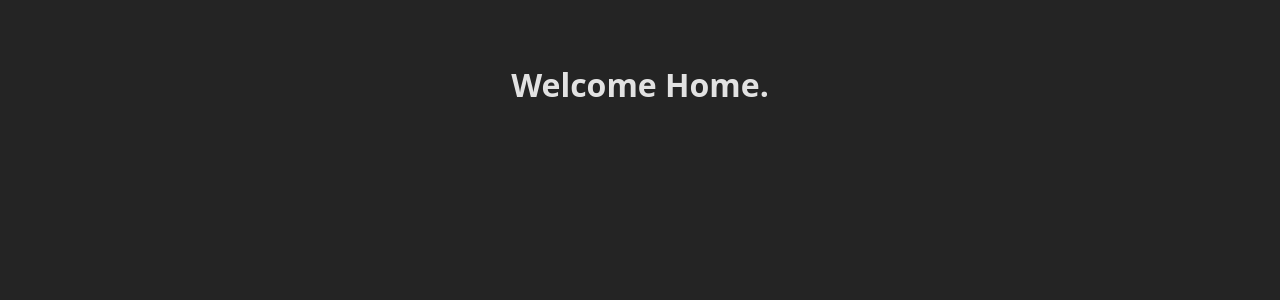
Repository: VladimirGagarin/Poeticum
Page: /
An editor plug-in stored every save of this project. The page is shown before and after the next save, followed by the edit.
The browser window is 1280 px wide. The pictures show the whole page.
The project was rebuilt for these pictures with package versions that can differ from the ones it lists, and the page was loaded fresh each time. Also part of the build but not shown: vite.config.js, src/components/PoemScreen.jsx.

Above is the page before, as saved 2025-07-26 13:55:49.

### src/main.jsx
import { StrictMode } from 'react'
import { createRoot } from 'react-dom/client'
import './index.css'
import App from './App.jsx';
import HomeScreen from "./components/HomeScreen.jsx";
import PoemScreen from "./components/PoemScreen.jsx";
import { createHashRouter, RouterProvider } from 'react-router-dom';

const routes = createHashRouter([
  {
    path: '/',
    element: <App />,
    children: [
      { index: true, element: <HomeScreen /> },
      { path: 'poem/:id', element: <PoemScreen /> }
    ]
  },
  {
    path: "*",
    element: <App/>
  }
])

createRoot(document.getElementById('root')).render(
  <StrictMode>
   <RouterProvider router={routes}/>
  </StrictMode>,
)

### src/App.jsx
import './App.css';
import { Outlet } from 'react-router-dom';

function App() {


  return (
    <>
      <h1></h1>
     <Outlet/>
    </>
  )
}

export default App

### src/components/HomeScreen.jsx
export default function WelcomeScreen() {
    return (
        <>
            <h1>Welcome  Home.</h1>
        </>
    )
}

Loaded but not shown: index.html (common file); src/index.css (common file); src/App.css (common file)

After the next save:
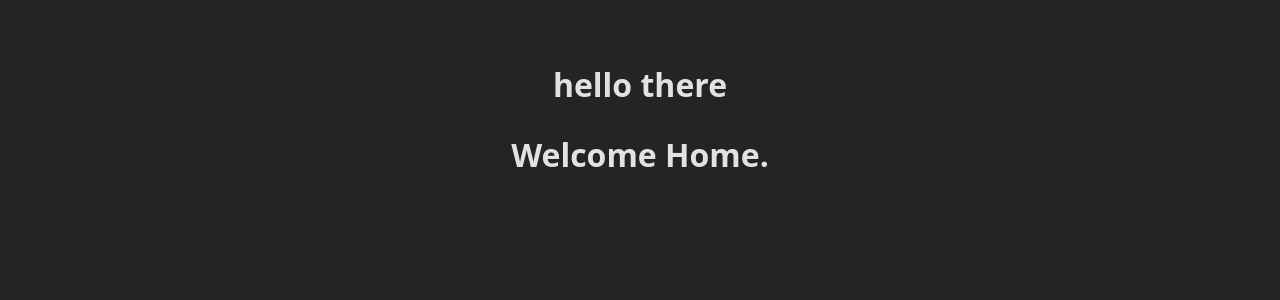
Saved 8 s later.
--- a/src/App.jsx
+++ b/src/App.jsx
@@ -6,7 +6,7 @@
 
   return (
     <>
-      <h1></h1>
+      <h1>hello there</h1>
      <Outlet/>
     </>
   )
